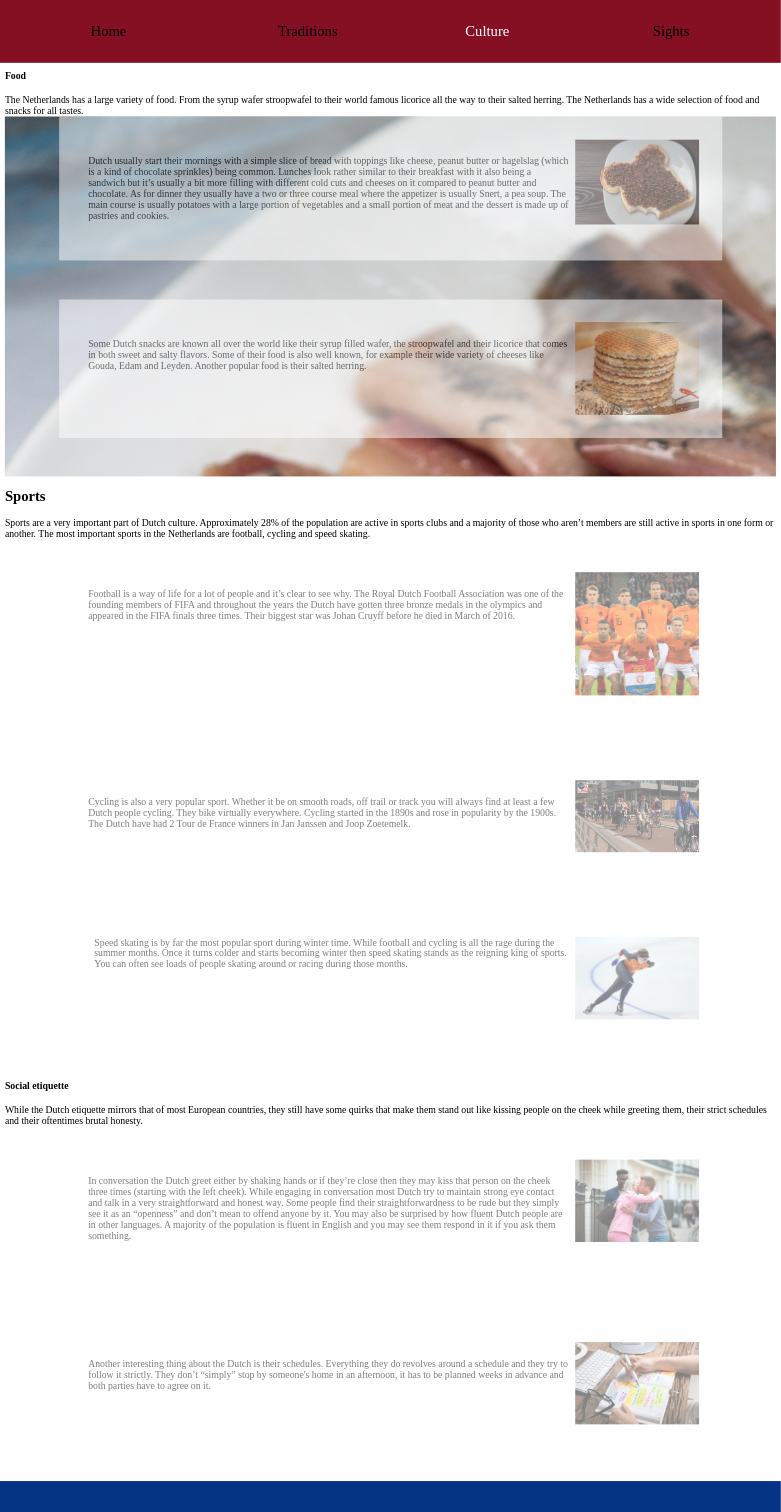
Repository: Cornman63/The-netherlands
Page: html/culture.html
An editor plug-in stored every save of this project. The page is shown before and after the next save, followed by the edit.
The browser window is 1280 px wide. The pictures show the whole page, at 61% of full size.

Above is the page before, as saved 2023-05-28 12:35:53.

### html/culture.html
<!DOCTYPE html>
<html lang="en">
<head>
    <meta charset="UTF-8">
    <meta http-equiv="X-UA-Compatible" content="IE=edge">
    <meta name="viewport" content="width=device-width, initial-scale=1.0">
    <title>Culture</title>
    <link rel="stylesheet" href="../CSS\style2.css">
</head>
<body>
<header>
    <div class="top">
        <div class="site"><a href="index.html" class="link">Home</a></div>
        <div class="site"><a href="traditions.html" class="link">Traditions</a></div>
        <div class="site"><a href="culture.html" style="color: white" class="link">Culture</a></div>
        <div class="site"><a href="sights.html" class="link">Sights</a></div>
    </div>
</header>

    <div class="text">
        <h4 id="foodh">Food</h4>
        <div class="food">
            <div class="stroopwafel">The Netherlands has a large variety of food. From the syrup wafer stroopwafel to their world famous licorice all the way to their salted herring. The Netherlands has a wide selection of food and snacks for all tastes. </div>
            <div>
        </div>
        <div class="foodmain">
        <div class="item">
            <p class="par">Dutch usually start their mornings with a simple slice of bread with toppings like cheese, peanut butter or hagelslag (which is a kind of chocolate sprinkles) being common. Lunches look rather similar to their breakfast with it also being a sandwich but it’s usually a bit more filling with different cold cuts and cheeses on it compared to peanut butter and chocolate. As for dinner they usually have a two or three course meal where the appetizer is usually Snert, a pea soup. The main course is usually potatoes with a large portion of vegetables and a small portion of meat and the dessert is made up of pastries and cookies. </p>
            <img src="../images\hagelslag.jpg" alt="hagelslag" class="img">
        </div>
        <div class="item">
            <p class="par">Some Dutch snacks are known all over the world like their syrup filled wafer, the stroopwafel and their licorice that comes in both sweet and salty flavors. Some of their food is also well known, for example their wide variety of cheeses like Gouda, Edam and Leyden. Another popular food is their salted herring.</p>
            <img src="../images/stroopwafel.jpg" alt="stroopwafel" class="img">
        </div>
        </div>

        <div class="sportstart">
            <h2>Sports</h2>
            <p>Sports are a very important part of Dutch culture. Approximately 28% of the population are active in sports clubs and a majority of those who aren’t members are still active in sports in one form or another. The most important sports in the Netherlands are football, cycling and speed skating. </p>
        </div>
        <div class="sportmain">
            <div class="item">
            <p class="par">Football is a way of life for a lot of people and it’s clear to see why. The Royal Dutch Football Association was one of the founding members of FIFA and throughout the years the Dutch have gotten three bronze medals in the olympics and appeared in the FIFA finals three times. Their biggest star was Johan Cruyff before he died in March of 2016. </p>
            <img src="../images/football.jpg" alt="dutch football" class="img">
            </div>
            <div class="item">
                <p class="par">Cycling is also a very popular sport. Whether it be on smooth roads, off trail or track you will always find at least a few Dutch people cycling. They bike virtually everywhere. Cycling started in the 1890s and rose in popularity by the 1900s. The Dutch have had 2 Tour de France winners in Jan Janssen and Joop Zoetemelk.</p>
                <img src="../images/cycling.jpg" alt="cycling" class="img">
            </div>
            <div class="item">
                <p class="par"></p>Speed skating is by far the most popular sport during winter time. While football and cycling is all the rage during the summer months. Once it turns colder and starts becoming winter then speed skating stands as the reigning king of sports. You can often see loads of people skating around or racing during those months.</p>
                <img src="../images/skating.jpg" alt="skating" class="img">
            </div>
        </div>
        <div class="soceqstart">
            <h4>Social etiquette</h4>
            <p>While the Dutch etiquette mirrors that of most European countries, they still have some quirks that make them stand out like kissing people on the cheek while greeting them, their strict schedules and their oftentimes brutal honesty.</p>
        </div>
        <div class="soceqmain">
            <div class="item">
                <p class="par">In conversation the Dutch greet either by shaking hands or if they’re close then they may kiss that person on the cheek three times (starting with the left cheek). While engaging in conversation most Dutch try to maintain strong eye contact and talk in a very straightforward and honest way. Some people find their straightforwardness to be rude but they simply see it as an “openness” and don’t mean to offend anyone by it. You may also be surprised by how fluent Dutch people are in other languages. A majority of the population is fluent in English and you may see them respond in it if you ask them something.</p>
                <img src="../images/kiss.jpeg" alt="dutch kiss" class="img">
            </div>
            <div class="item">
                <p class="par">Another interesting thing about the Dutch is their schedules. Everything they do revolves around a schedule and they try to follow it strictly. They don’t “simply” stop by someone's home in an afternoon, it has to be planned weeks in advance and both parties have to agree on it.                </p>
                <img src="../images/schedule.webp" alt="schedule" class="img">
            </div>
        </div>
    </div>

<footer>
    <div class="bottom">

    </div>
</footer>

</body>
</html>

### CSS/style2.css
header{
    background-color: #861023;
    margin: -8px;
    padding: -8px;
}

footer{
    background-color: #053484;
    margin: -8px;
    padding: -8px;
}

.top, .bottom {
    display: flex;
    flex-direction: row;
    justify-content: center;
    align-content: center;
    margin: auto;
    padding: 2%;
    font-size: 150%;
}
.site {
    display: flex;
    border: 1%;
    margin: 1%;
    margin-left: 10%;
    align-content: center;
    width: 90%;
}

.link{
    text-decoration: none;
}
.link:link {
    color:black;
}
.link:visited {
    color:black;
}
.link:hover {
    color:white;
}
.foodmain {
    display: flex;
    flex-direction: column;
    background-image: url(../images/herring.jpg);
    border: 5%;
}
.food {
    margin: auto;
}
.item{
    max-width: 80%;
    margin: auto;
    display: flex;
    flex-direction: row;
    padding: 3%;
    background-color: white;
    border:5%;
    margin-bottom: 5%;
    opacity: 50%;

}
.img {
    width: 20%;
    height: 20%;
    display: flex;
    flex-direction: row;
}
.par {
    padding: 1%;
}

After the next save:
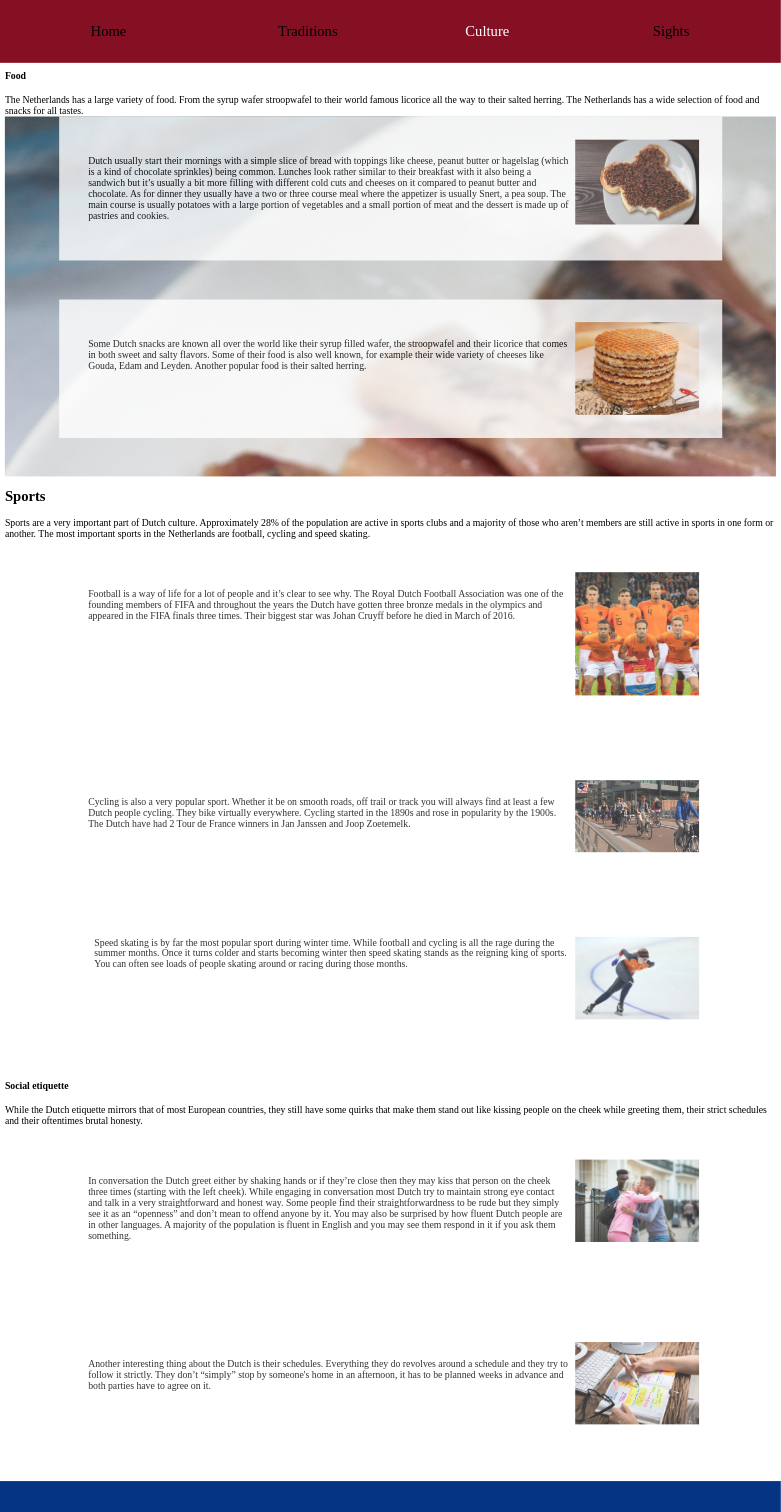
Saved 4 s later.
--- a/CSS/style2.css
+++ b/CSS/style2.css
@@ -58,7 +58,7 @@ footer{
     background-color: white;
     border:5%;
     margin-bottom: 5%;
-    opacity: 50%;
+    opacity: 80%;
 
 }
 .img {
